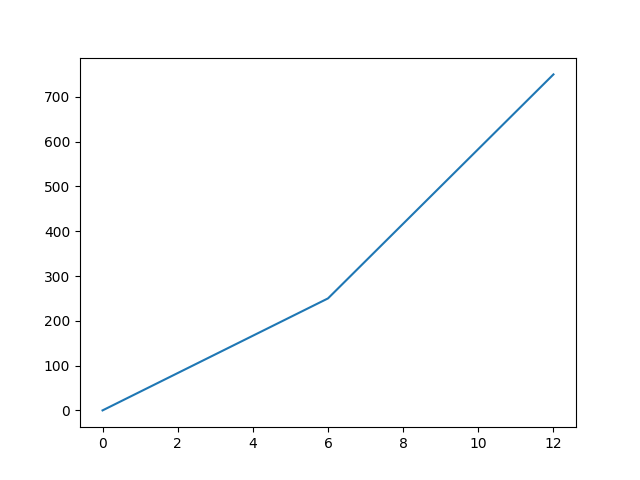
Repository: medenitunc/August-25-leanrning-Pyhton
Script's output: python Day02_05_Dv2.py
These files come from the project's save history. The script's output is drawn as it stood at one moment and after the next save; the edit follows.
Random numbers start from a fixed seed.

Above is the script's output before, as saved 2025-11-27 09:32:54.

### Day02_05_Dv2.py
import matplotlib.pyplot as plt
import numpy as np


# numpy - numerical python - library for numerical calculations

xval = np.array([0,6,12])
yval = np.array([0,250, 750])

plt.plot(xval, yval)
plt.show()

After the next save:
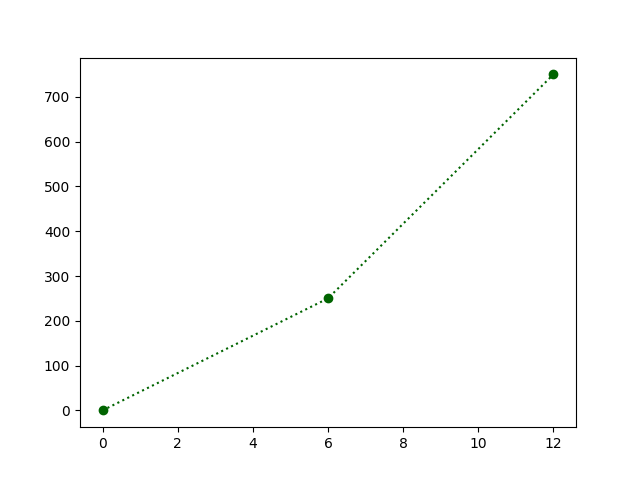
Saved 2 min 34 s later.
--- a/Day02_05_Dv2.py
+++ b/Day02_05_Dv2.py
@@ -7,5 +7,5 @@ import numpy as np
 xval = np.array([0,6,12])
 yval = np.array([0,250, 750])
 
-plt.plot(xval, yval)
+plt.plot(xval, yval, color='darkgreen', marker='o', linestyle='dotted', label='Sales Data')
 plt.show()
